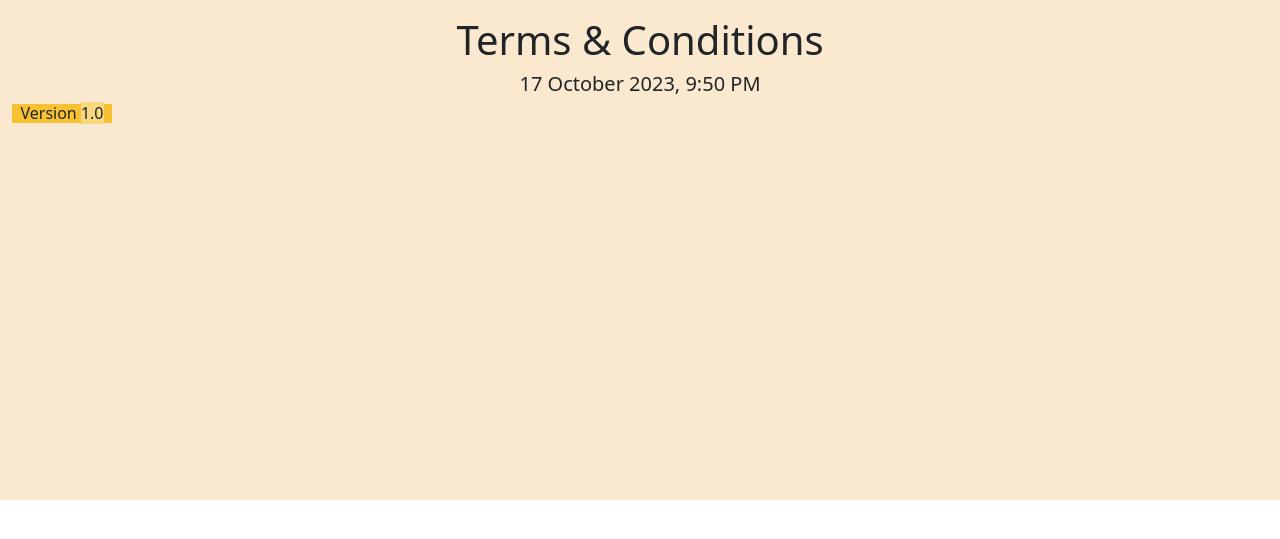
Repository: injectGroup/github.io
Page: terms.html
These files come from the project's save history. The page is drawn as it stood at one moment and after the next save; the edit follows.
The browser window is 1280 px wide. The pictures show the whole page.

Above is the page before, as saved 2023-11-29 14:25:44.

### terms.html
<!doctype html>
<html lang="en">

<head>
    <meta charset="utf-8">
    <meta name="viewport" content="width=device-width, initial-scale=1">
    <title>Bootstrap demo</title>
    <!-- GOULD CUSTOM CSS-->
    <link rel="stylesheet" href="/gouldwalletlegal/css/gouldcustom.css">
    <!--- BOOTSTRAP CDN -->
    <link href="https://cdn.jsdelivr.net/npm/bootstrap@5.3.2/dist/css/bootstrap.min.css" rel="stylesheet"
        integrity="sha384-T3c6CoIi6uLrA9TneNEoa7RxnatzjcDSCmG1MXxSR1GAsXEV/Dwwykc2MPK8M2HN" crossorigin="anonymous">
</head>

<body>
    <!-- Content here -->
    <div class="container-fluid text-center terms-content">
        <div class="row align-items-center">
            <div class="col align-self-center">
                <h1 class="text-center">
                    Terms & Conditions
                </h1>
            </div>
        </div>
        <div class="row align-items-center">
            <h5 class="version-date">
                17 October 2023, 9:50 PM
            </h5>
            <div class="col-sm align-self-center">
                <h6 class="version">
                    Version
                    <span class="version-number">1.0</span>
                </h6>
            </div>

        </div>
    </div>
    <!-- BOOTSTRAP JS-->
    <script src="https://cdn.jsdelivr.net/npm/bootstrap@5.3.2/dist/js/bootstrap.bundle.min.js"
        integrity="sha384-C6RzsynM9kWDrMNeT87bh95OGNyZPhcTNXj1NW7RuBCsyN/o0jlpcV8Qyq46cDfL"
        crossorigin="anonymous"></script>
</body>

</html>

### gouldwalletlegal/css/gouldcustom.css
/*
 *AUTHOR: Abdulkadir Mohammed @ Inject
 *DATE: Wed 29 November 2023
  *
 *This is a custom css for gould wallet.
 */
/*****************************
 *********** HEAD ***********
 *****************************/
.terms-content {
    background-color: #FAE9CE;
    padding: 16px 0px 16px 0px;
    height: 500px;
    width: 100%;
    padding-right: 15px;
    padding-left: 15px;
    margin-right: auto;
    margin-left: auto;
    display: block;
    box-sizing: border-box;
}

.version {
    width: 100px;
    background-color: #F7C132;



}

.version-number {
    background-color: #F9D77E;
}


/*****************************
  *********** BODY ***********
 *****************************/

/*****************************
 *********** FOOTER ***********
*****************************/

After the next save:
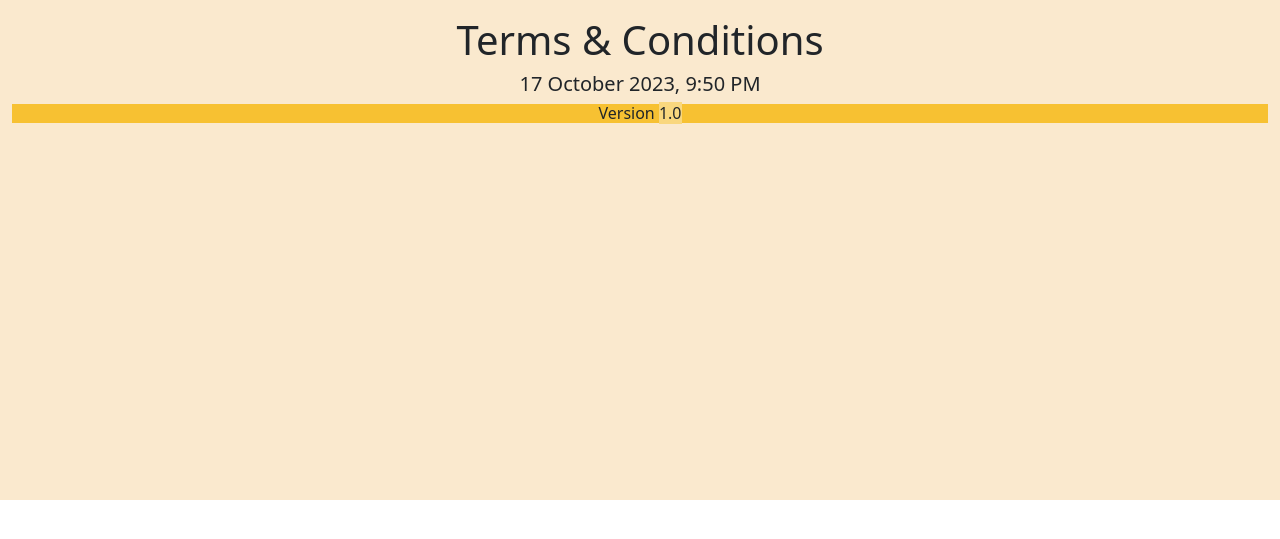
Saved 12 s later.
--- a/gouldwalletlegal/css/gouldcustom.css
+++ b/gouldwalletlegal/css/gouldcustom.css
@@ -21,11 +21,7 @@
 }
 
 .version {
-    width: 100px;
     background-color: #F7C132;
-
-
-
 }
 
 .version-number {

After the save that followed:
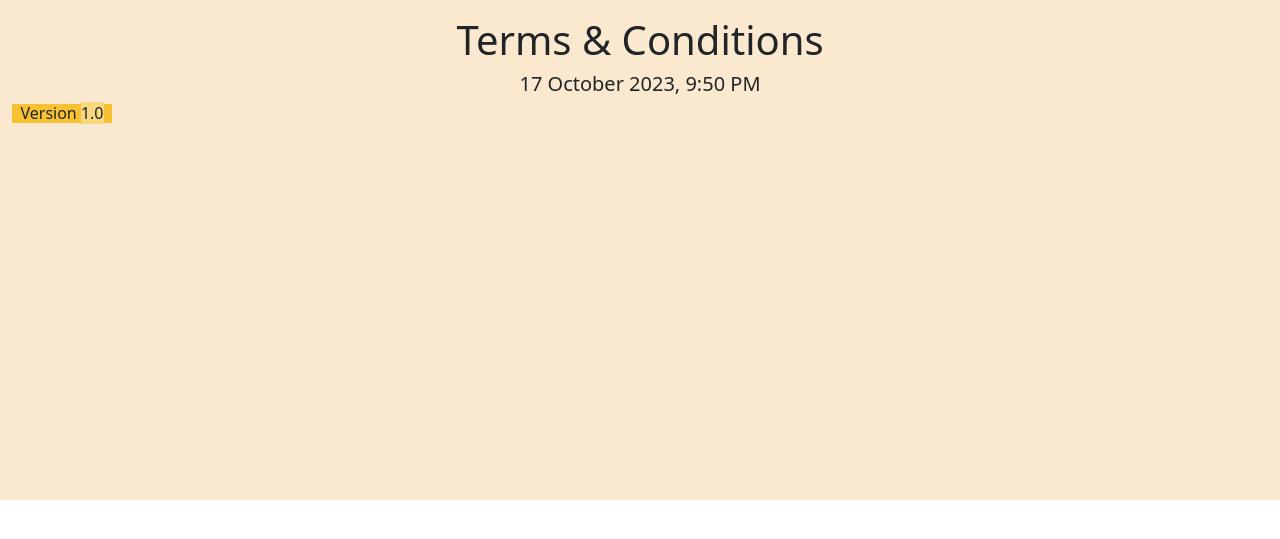
Saved 11 s later.
--- a/gouldwalletlegal/css/gouldcustom.css
+++ b/gouldwalletlegal/css/gouldcustom.css
@@ -21,6 +21,7 @@
 }
 
 .version {
+    width: 100px;
     background-color: #F7C132;
 }
 
